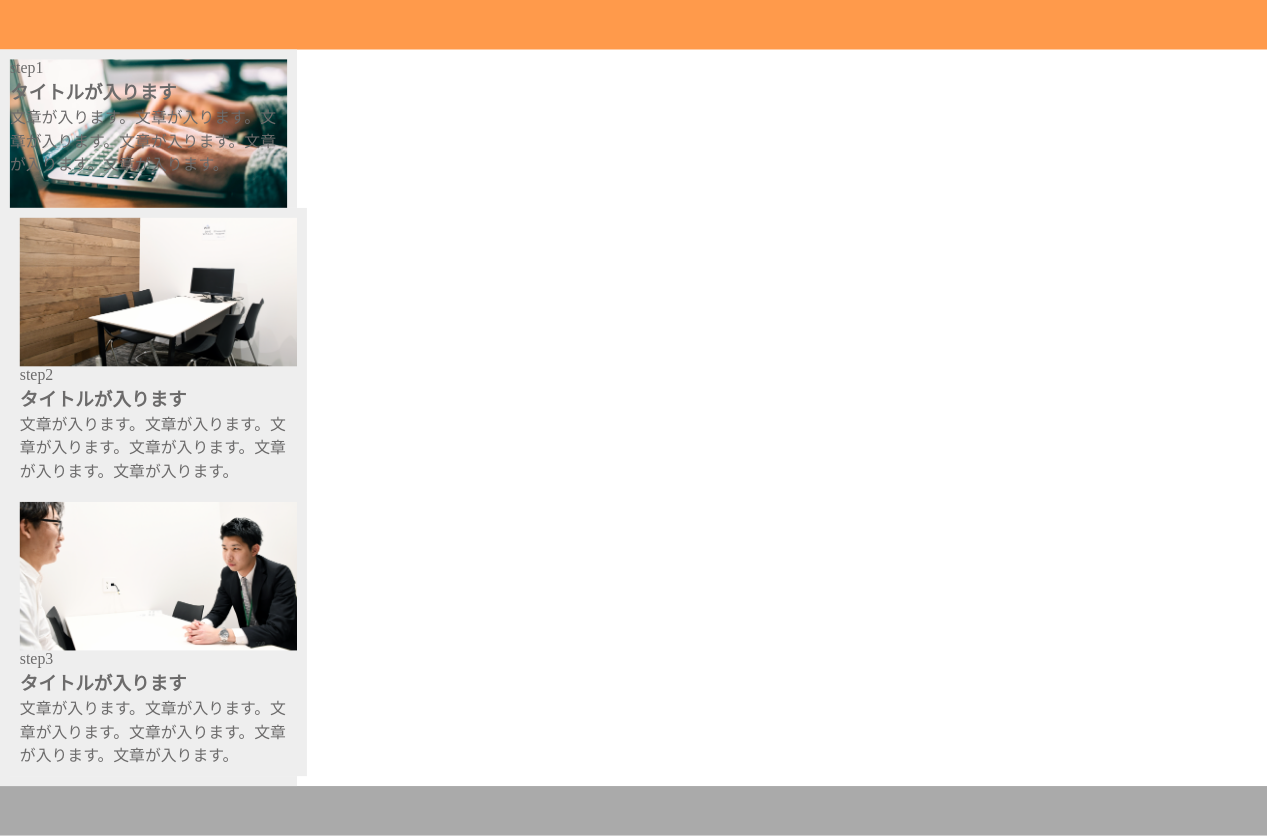
Repository: Yuki-Kawagoe/chapter4
Page: chapter9/index.html
The author's editor kept a record of every edit. The page is drawn from the files as they stood at one moment, then again after the next edit.
The browser window is 1280 px wide. The pictures show the whole page, at 99% of full size.

Above is the page before.

After the next edit:
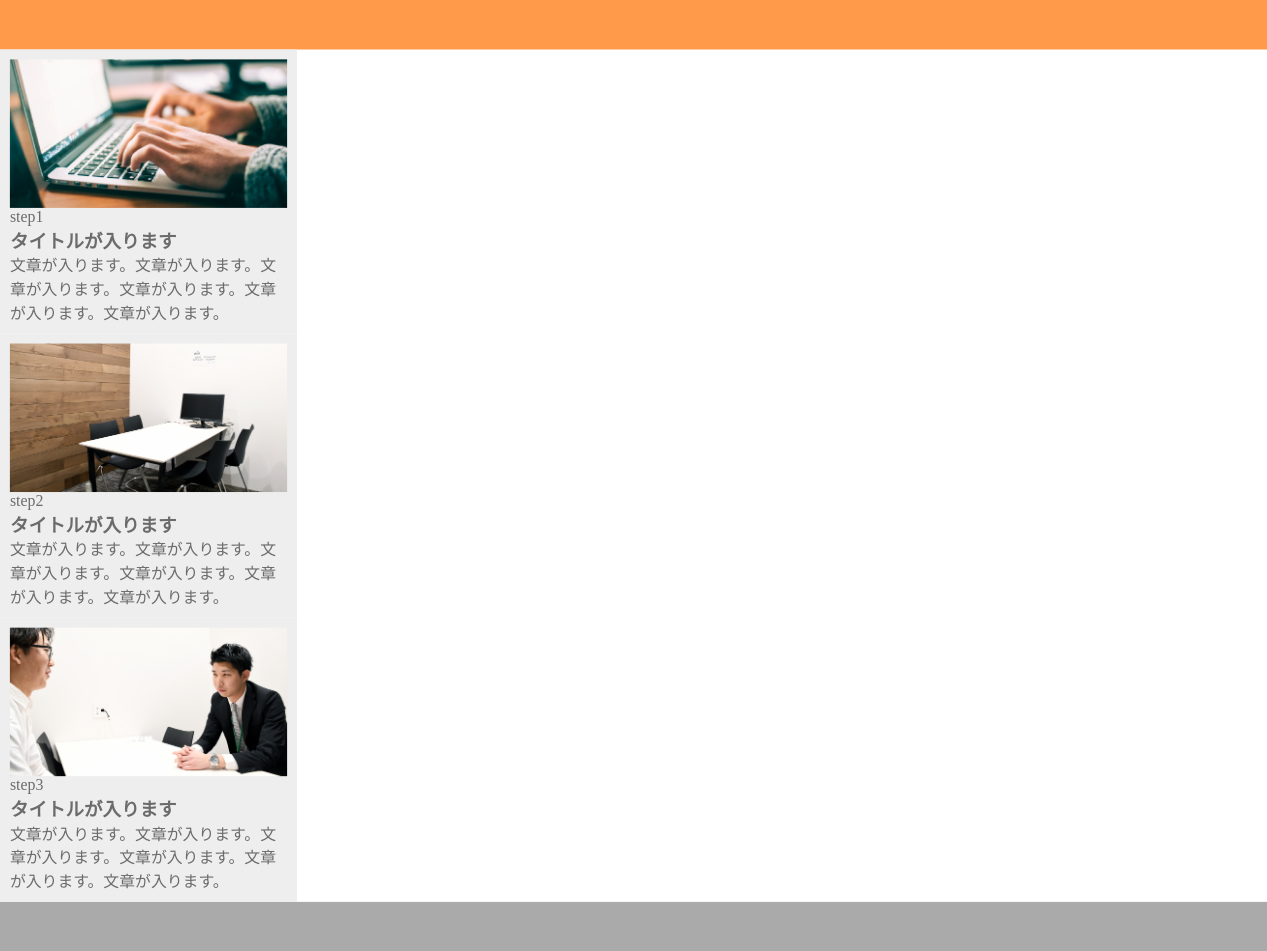
The edit:
--- a/chapter9/index.html
+++ b/chapter9/index.html
@@ -12,7 +12,7 @@
 
    <main>
     <div class="step-box">
-      <div class="step-img1">
+      <div class="step-img1"></div>
        <span class="step-num">step1</span>
         <h3 class="box-title">タイトルが入ります</h3>
           <p class="box-text">
